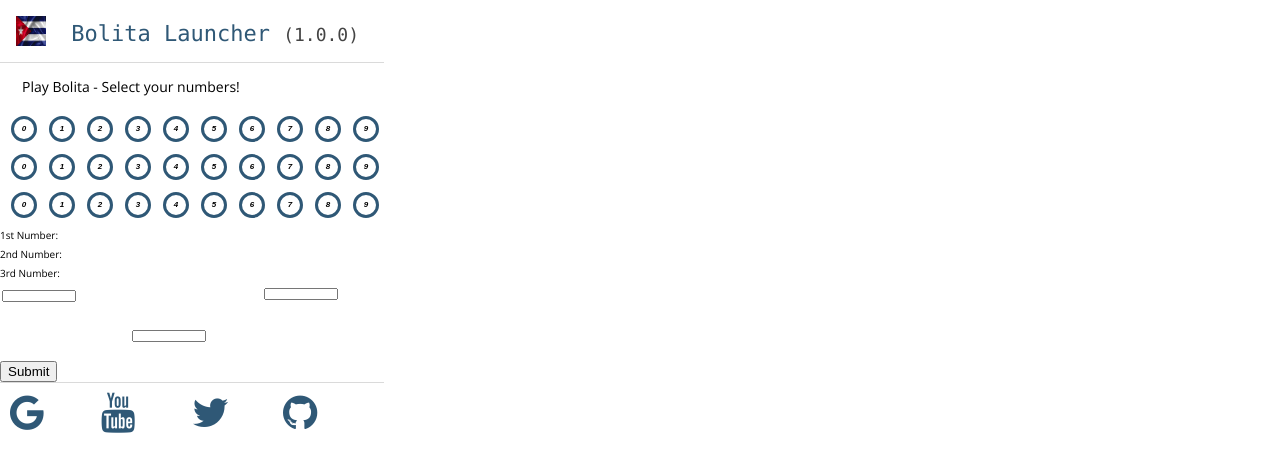
Repository: markymark617/BolitaChromeExtension
Page: popup.html
These files come from the project's save history. The page is drawn as it stood at one moment and after the next save; the edit follows.
The browser window is 1280 px wide. The pictures show the whole page.

Above is the page before, as saved 2020-09-06 14:33:45.

### popup.html
<!DOCTYPE html>
<html lang="en">
<head>
    <meta charset="UTF-8">
    <meta name="viewport" content="width=device-width, initial-scale=1.0">
    <meta http-equiv="X-UA-Compatible" content="ie=chrome">
    <title>Bolita Launcher</title>
    <link rel="stylesheet" href="https://fonts.googleapis.com/css?family=Open+Sans" type="text/css">
    <link rel="stylesheet" href="popup.css">
    <link href="https://maxcdn.bootstrapcdn.com/font-awesome/4.7.0/css/font-awesome.min.css" rel="stylesheet" integrity="sha384-wvfXpqpZZVQGK6TAh5PVlGOfQNHSoD2xbE+QkPxCAFlNEevoEH3Sl0sibVcOQVnN" crossorigin="anonymous"/>

</head>

<body>
    <div class="modal-header">
        <h1 class="logo">
            <img src="images/bolita_logo.png" alt="Bolita_Launcher_logo" class="logo-icon"> Bolita Launcher <span class="version">(1.0.0)</span>
        </h1>
    </div>
    <div class="modal-content">
        <p>Play Bolita - Select your numbers!</p>
    </div>


    <div class="ball-icons">

        <div class="flex-container paddedDiv firstBet" id="firstRow">

            <button id="first-zero" value='0' class="btnFirstBet">
                <div class="flex circle">
                    <div class="fa-stack fa-2x">
                        <i class="fa fa-stack-2x fa-inverse"></i>
                        <i class="fa-stack-1x fa-stack-text">0</i>
                    </div>
                </div>
            </button>

            <button id="first-one" value='1' class="btnFirstBet">
                <div class="flex circle">
                    <div class="fa-stack fa-2x">
                        <i class="fa fa-stack-2x fa-inverse"></i>
                        <i class="fa-stack-1x fa-stack-text">1</i>
                    </div>
                </div>
            </button>


            <button id="first-two" value='2' class="btnFirstBet">
                <div class="flex circle">
                    <div class="fa-stack fa-2x">
                        <i class="fa fa-stack-2x fa-inverse"></i>
                        <i class="fa-stack-1x fa-stack-text">2</i>
                    </div>
                </div>
            </button>


            <button id="first-three" value='3' class="btnFirstBet">
                <div class="flex circle">
                    <div class="fa-stack fa-2x">
                        <i class="fa fa-stack-2x fa-inverse"></i>
                        <i class="fa-stack-1x fa-stack-text">3</i>
                    </div>
                </div>
            </button>


            <button id="first-four" value='4' class="btnFirstBet">
                <div class="flex circle">
                    <div class="fa-stack fa-2x">
                        <i class="fa fa-stack-2x fa-inverse"></i>
                        <i class="fa-stack-1x fa-stack-text">4</i>
                    </div>
                </div>
            </button>


            <button id="first-five" value='5' class="btnFirstBet">
                <div class="flex circle">
                    <div class="fa-stack fa-2x">
                        <i class="fa fa-stack-2x fa-inverse"></i>
                        <i class="fa-stack-1x fa-stack-text">5</i>
                    </div>
                </div>
            </button>


            <button id="first-six" value='6' class="btnFirstBet">
                <div class="flex circle">
                    <div class="fa-stack fa-2x">
                        <i class="fa fa-stack-2x fa-inverse"></i>
                        <i class="fa-stack-1x fa-stack-text">6</i>
                    </div>
                </div>
            </button>


            <button id="first-seven" value='7' class="btnFirstBet">
                <div class="flex circle">
                    <div class="fa-stack fa-2x">
                        <i class="fa fa-stack-2x fa-inverse"></i>
                        <i class="fa-stack-1x fa-stack-text">7</i>
                    </div>
                </div>
            </button>


            <button id="first-eight" value='8' class="btnFirstBet">
                <div class="flex circle">
                    <div class="fa-stack fa-2x">
                        <i class="fa fa-stack-2x fa-inverse"></i>
                        <i class="fa-stack-1x fa-stack-text">8</i>
                    </div>
                </div>
            </button>


            <button id="first-nine" value='9' class="btnFirstBet">
                    <div class="flex circle">
                        <div class="fa-stack fa-2x">
                                <i class="fa fa-stack-2x fa-inverse"></i>
                                <i class="fa-stack-1x fa-stack-text">9</i>
                        </div>
                    </div>
            </button>

        </div>

<!-- second row-->

        <div class="flex-container paddedDiv secondBet" id="secondRow">

            <button id="second-zero" value='0' class="btnSecondBet">
                <div class="flex circle">
                    <div class="fa-stack fa-2x">
                        <i class="fa fa-stack-2x fa-inverse"></i>
                        <i class="fa-stack-1x fa-stack-text">0</i>
                    </div>
                </div>
            </button>

            <button id="second-one" value='1' class="btnSecondBet">
                <div class="flex circle">
                    <div class="fa-stack fa-2x">
                        <i class="fa fa-stack-2x fa-inverse"></i>
                        <i class="fa-stack-1x fa-stack-text">1</i>
                    </div>
                </div>
            </button>


            <button id="second-two" value='2' class="btnSecondBet">
                <div class="flex circle">
                    <div class="fa-stack fa-2x">
                        <i class="fa fa-stack-2x fa-inverse"></i>
                        <i class="fa-stack-1x fa-stack-text">2</i>
                    </div>
                </div>
            </button>


            <button id="second-three" value='3' class="btnSecondBet">
                <div class="flex circle">
                    <div class="fa-stack fa-2x">
                        <i class="fa fa-stack-2x fa-inverse"></i>
                        <i class="fa-stack-1x fa-stack-text">3</i>
                    </div>
                </div>
            </button>


            <button id="second-four" value='4' class="btnSecondBet">
                <div class="flex circle">
                    <div class="fa-stack fa-2x">
                        <i class="fa fa-stack-2x fa-inverse"></i>
                        <i class="fa-stack-1x fa-stack-text">4</i>
                    </div>
                </div>
            </button>


            <button id="second-five" value='5' class="btnSecondBet">
                <div class="flex circle">
                    <div class="fa-stack fa-2x">
                        <i class="fa fa-stack-2x fa-inverse"></i>
                        <i class="fa-stack-1x fa-stack-text">5</i>
                    </div>
                </div>
            </button>


            <button id="second-six" value='6' class="btnSecondBet">
                <div class="flex circle">
                    <div class="fa-stack fa-2x">
                        <i class="fa fa-stack-2x fa-inverse"></i>
                        <i class="fa-stack-1x fa-stack-text">6</i>
                    </div>
                </div>
            </button>


            <button id="second-seven" value='7' class="btnSecondBet">
                <div class="flex circle">
                    <div class="fa-stack fa-2x">
                        <i class="fa fa-stack-2x fa-inverse"></i>
                        <i class="fa-stack-1x fa-stack-text">7</i>
                    </div>
                </div>
            </button>



            <button id="second-eight" value='8' class="btnSecondBet">
                <div class="flex circle">
                    <div class="fa-stack fa-2x">
                        <i class="fa fa-stack-2x fa-inverse"></i>
                        <i class="fa-stack-1x fa-stack-text">8</i>
                    </div>
                </div>
            </button>


            <button id="second-nine" value='9' class="btnSecondBet">
                    <div class="flex circle">
                        <div class="fa-stack fa-2x">
                                <i class="fa fa-stack-2x fa-inverse"></i>
                                <i class="fa-stack-1x fa-stack-text">9</i>
                        </div>
                    </div>
            </button>

        </div>

<!--Third Row-->

        <div class="flex-container paddedDiv thirdBet" id="thirdRow">

                <button id="third-zero" value='0' class="btnThirdBet">
                    <div class="flex circle">
                        <div class="fa-stack fa-2x">
                            <i class="fa fa-stack-2x fa-inverse"></i>
                            <i class="fa-stack-1x fa-stack-text">0</i>
                        </div>
                    </div>
                </button>

                <button id="third-one" value='1' class="btnThirdBet">
                    <div class="flex circle">
                        <div class="fa-stack fa-2x">
                            <i class="fa fa-stack-2x fa-inverse"></i>
                            <i class="fa-stack-1x fa-stack-text">1</i>
                        </div>
                    </div>
                </button>


                <button id="third-two" value='2' class="btnThirdBet">
                    <div class="flex circle">
                        <div class="fa-stack fa-2x">
                            <i class="fa fa-stack-2x fa-inverse"></i>
                            <i class="fa-stack-1x fa-stack-text">2</i>
                        </div>
                    </div>
                </button>


                <button id="third-three" value='3' class="btnThirdBet">
                    <div class="flex circle">
                        <div class="fa-stack fa-2x">
                            <i class="fa fa-stack-2x fa-inverse"></i>
                            <i class="fa-stack-1x fa-stack-text">3</i>
                        </div>
                    </div>
                </button>


                <button id="third-four" value='4' class="btnThirdBet">
                    <div class="flex circle">
                        <div class="fa-stack fa-2x">
                            <i class="fa fa-stack-2x fa-inverse"></i>
                            <i class="fa-stack-1x fa-stack-text">4</i>
                        </div>
                    </div>
                </button>


                <button id="third-five" value='5' class="btnThirdBet">
                    <div class="flex circle">
                        <div class="fa-stack fa-2x">
                            <i class="fa fa-stack-2x fa-inverse"></i>
                            <i class="fa-stack-1x fa-stack-text">5</i>
                        </div>
                    </div>
                </button>


                <button id="third-six" value='6' class="btnThirdBet">
                    <div class="flex circle">
                        <div class="fa-stack fa-2x">
                            <i class="fa fa-stack-2x fa-inverse"></i>
                            <i class="fa-stack-1x fa-stack-text">6</i>
                        </div>
                    </div>
                </button>


                <button id="third-seven" value='7' class="btnThirdBet">
                    <div class="flex circle">
                        <div class="fa-stack fa-2x">
                            <i class="fa fa-stack-2x fa-inverse"></i>
                            <i class="fa-stack-1x fa-stack-text">7</i>
                        </div>
                    </div>
                </button>



                <button id="third-eight" value='8' class="btnThirdBet">
                    <div class="flex circle">
                        <div class="fa-stack fa-2x">
                            <i class="fa fa-stack-2x fa-inverse"></i>
                            <i class="fa-stack-1x fa-stack-text">8</i>
                        </div>
                    </div>
                </button>


                <button id="third-nine" value='9' class="btnThirdBet">
                        <div class="flex circle">
                            <div class="fa-stack fa-2x">
                                    <i class="fa fa-stack-2x fa-inverse"></i>
                                    <i class="fa-stack-1x fa-stack-text">9</i>
                            </div>
                        </div>
                </button>

            </div>








    </div>




    <div class="modal-output">

            <form action="results.html" method="GET">
                <div class="row">
                    <div class="column-left">
                        <label for="firstBetInput">1st Number:</label><br>
                    </div>
                    <div class="column-center">
                        <label for="secondBetInput">2nd Number:</label>
                    </div>
                    <div class="column-right">
                        <label for="thirdBetInput">3rd Number:</label>
                    </div>

                </div>




                <div class="row">
                    <div class="column">

                        <input type="text" id="firstBetInput" name="firstBetInput"><br><br>
                    </div>
                    <div class="column"></div>

                        <input type="text" id="secondBetInput" name="secondBetInput"><br><br>
                    </div>
                    <div class="column"></div>

                        <input type="text" id="thirdBetInput" name="thirdBetInput"><br><br>
                    </div>
                </div>

                    <input type="submit" value="Submit">
            </form>
        </div>

    <div class="modal-icons">
        <div class="flex-container">
            <div class="flex">
                <a href="https://www.google.com" target="_blank">
                    <i class="fa fa-google"></i>
                </a>
            </div>

            <div class="flex">
                <a href="https://www.youtube.com" target="_blank">
                    <i class="fa fa-youtube"></i>
                </a>
            </div>

            <div class="flex">
                <a href="https://www.twitter.com" target="_blank">
                    <i class="fa fa-twitter"></i>
                </a>
            </div>

            <div class="flex">
                <a href="https://www.github.com" target="_blank">
                    <i class="fa fa-github"></i>
                </a>
            </div>
        </div>
    </div>








    <script src="popup.js"></script>
</body>
</html>

### popup.css

    html,
    body {
        font-family : 'Open Sans', sans-serif;
        font-size: 14px;
        margin: 0;
        min-height: 180px;
        padding: 0;
        width: 384px;
    }

    h1 {
        font-family: 'Menlo', monospace;
        font-size: 22px;
        font-weight: 400;
        margin: 0;
        color: #2f5876;
    }

    a:link, a:visited {
        color: #000;
        outline: 0;
        text-decoration: none;
    }

    img {
        width: 30px;

    }

    .modal-header {
        align-items: center;
        border-bottom: 0.5px solid #dadada;
    }

    .modal-content {
        padding: 0 22px;
        align-items: center;
    }

    .modal-icons {
        border-top: 0.5px solid #dadada;
        height: 50px;
        width: 100%;
    }

    .logo {
        padding: 16px;
    }

    .logo-icon {
        vertical-align: text-bottom;
        margin-right: 12px;
    }

    .version {
        color: #444;
        font-size: 18px;
    }

    .flex-container {
        display: flex;
        justify-content: space-between;
        padding: 10px 10px;
    }

    .flex {
        opacity: 1;
        transition: opacity 0.2s ease-in-out;
        width: 120px
    }

    .flex:hover {
        opacity: 0.4;
    }

    .flex .fa {
        font-size: 40px;
        color: #2f5876;
    }

    .fa-stack-text {
        font-size: 8px;
        border:none;
        align-items: center;
        font-weight:bold;
    }

    .circle {
        display: flex;
        border: 3px solid #2f5876;
        border-radius: 100%;
        width: 20px;
        height: 20px;
        justify-content: center;
        align-items: center;

    }

    button {
        background: transparent;
        border:0;
        outline:none;

    }

    .paddedDiv {
        padding: 5px;
    }

    .column {
        float: left;
        width: 33.33%;
        padding: 2px;
      }

      /* Clear floats after the columns */
      .row:after {
        content: "";
        display: table;
        clear: both;
      }

      input[type="text"] {
        font-size:5px;
    }

    label {
        font-size:10px;
    }

### popup.js

document.querySelectorAll(".btnFirstBet").forEach(item => {
    item.addEventListener('click', event => {
        //handle click


        document.querySelectorAll(".btnFirstBet").forEach(item => {

                item.classList.remove("active");
                item.style.opacity=1;

        })

        item.style.opacity= 0.4;
        item.classList.add("active");

        //only 1 can be active at any given time

    })
});


document.querySelectorAll(".btnSecondBet").forEach(item => {
    item.addEventListener('click', event => {
        //handle click


        document.querySelectorAll(".btnSecondBet").forEach(item => {

                item.classList.remove("active");
                item.style.opacity=1;

        })

        item.style.opacity= 0.4;
        item.classList.add("active");

        //only 1 can be active at any given time

    })
});


document.querySelectorAll(".btnThirdBet").forEach(item => {
    item.addEventListener('click', event => {
        //handle click


        document.querySelectorAll(".btnThirdBet").forEach(item => {

                item.classList.remove("active");
                item.style.opacity=1;

        })

        item.style.opacity= 0.4;
        item.classList.add("active");

        //only 1 can be active at any given time

    })
});



/*


[document.querySelectorAll(".firstBet"), document.querySelector('.btnFirstBet')].forEach(item => {
    item.addEventListener('click', event => {
        //handle click
        item.style.opacity= 0.4;
        item.addClass("active");
    })
});


var elements = document.getElementsByClassName(".btnFirstBet");

[].forEach.call(elements, function(currElement) {
    currElemen
    currElement.style.opacity= 0.4;
    currElement.classList.add("active");
    console.log(currElement.tagName);
});


document.getElementsByClassName(".btnFirstBet").forEach(item => {
    item.addEventListener('click', event => {
        //handle click
        item.style.opacity= 0.4;
       // element.classList.add("active");
    })
})










var elements = document.querySelectorAll('.btnFirstBet');
for (var i = 0; i < elements.length; i++) {
    elements[i].classList.remove("active");
    elements[i].onclick = function (event) {
        console.log("ONCLICK");
        //remove all active class
        removeClass();
        if (event.elements[i].innerHTML === this.innerHTML) {
            console.log("IN IF");
            this.classList.add("active");
        }
    }
}

function removeClass(){
  for (var i = 0; i < elements.length; i++) {
    elements[i].classList.remove("active");
  }
}








*/

After the next save:
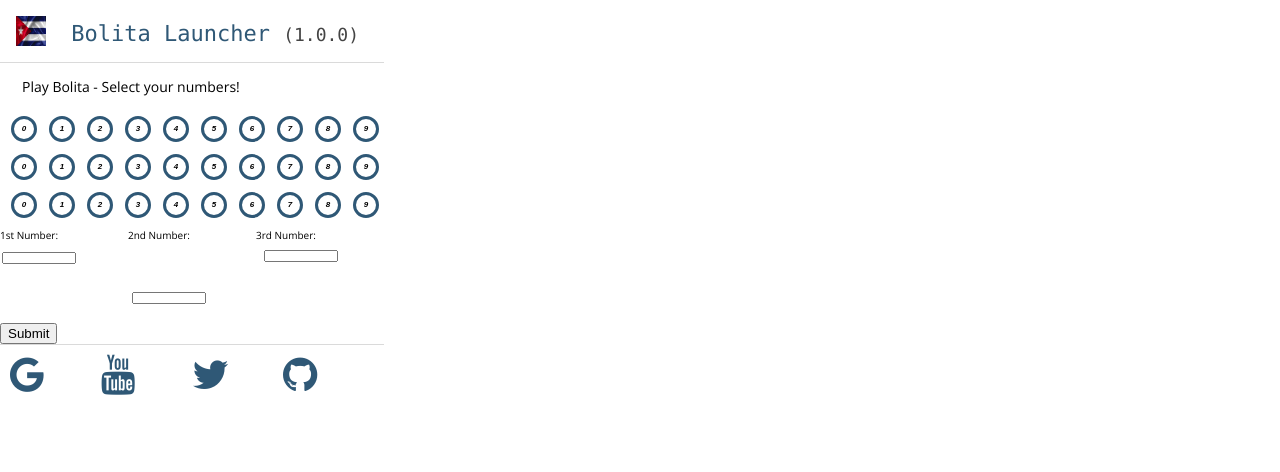
Saved 4 s later.
--- a/popup.css
+++ b/popup.css
@@ -128,3 +128,7 @@
     label {
         font-size:10px;
     }
+
+    .column-left{ float: left; width: 33.333%; }
+.column-right{ float: right; width: 33.333%; }
+.column-center{ display: inline-block; width: 33.333%; }
